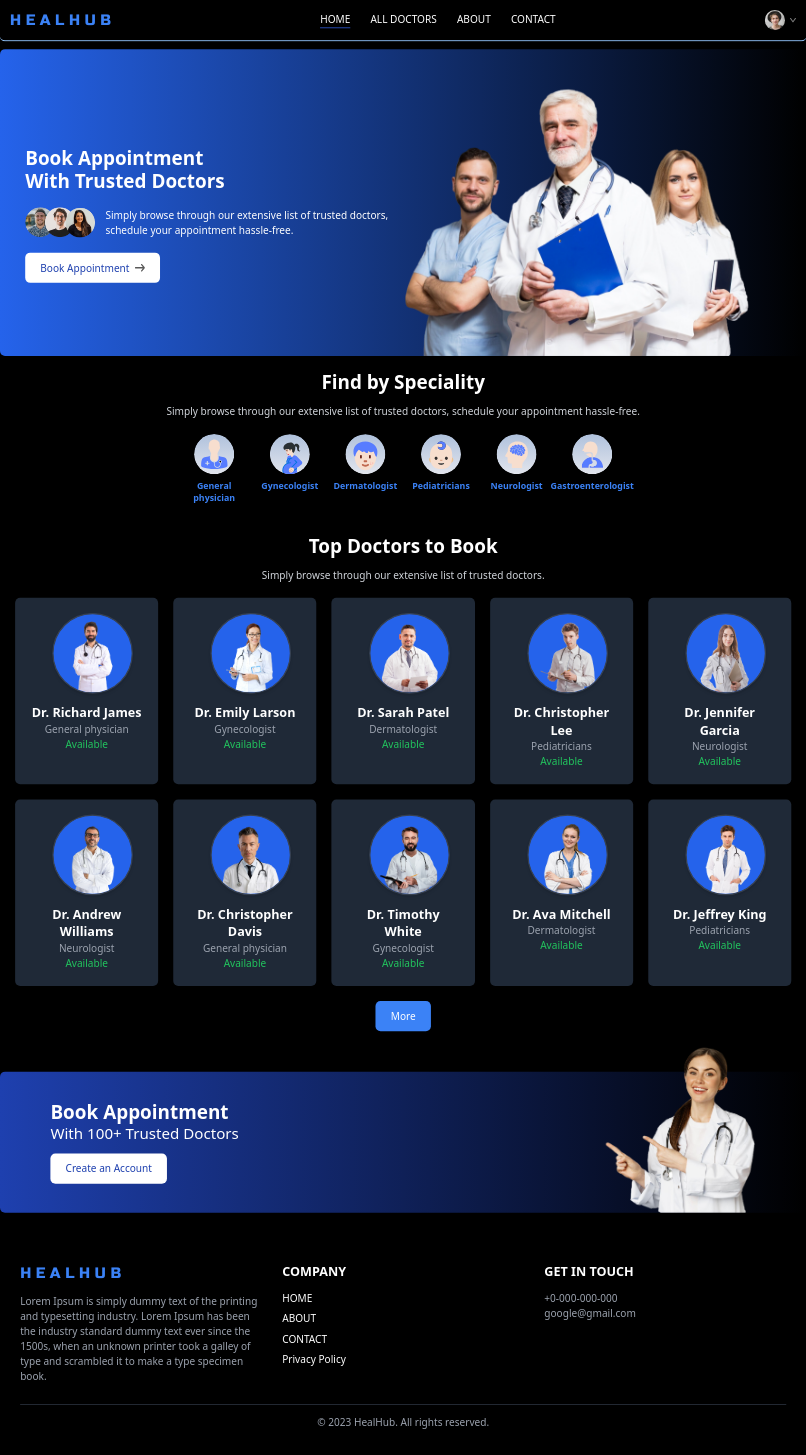
Repository: sriram1224/HEALHUB
Page: / (app in frontend/)
An editor plug-in stored every save of this project. The page is shown before and after the next save, followed by the edit.
The browser window is 1280 px wide. The pictures show the whole page, at 63% of full size.
The project was rebuilt for these pictures with package versions that can differ from the ones it lists, and the page was loaded fresh each time. Also part of the build but not shown: frontend/vite.config.js, frontend/src/pages/Doctors.jsx, frontend/src/pages/About.jsx, frontend/src/pages/MyProfile.jsx, frontend/src/pages/Contact.jsx, frontend/src/pages/MyAppointments.jsx, frontend/src/pages/Login.jsx, frontend/src/components/RelatedDoctors.jsx and 1 more.

Above is the page before, as saved 2024-11-29 03:23:55.

After the next save:
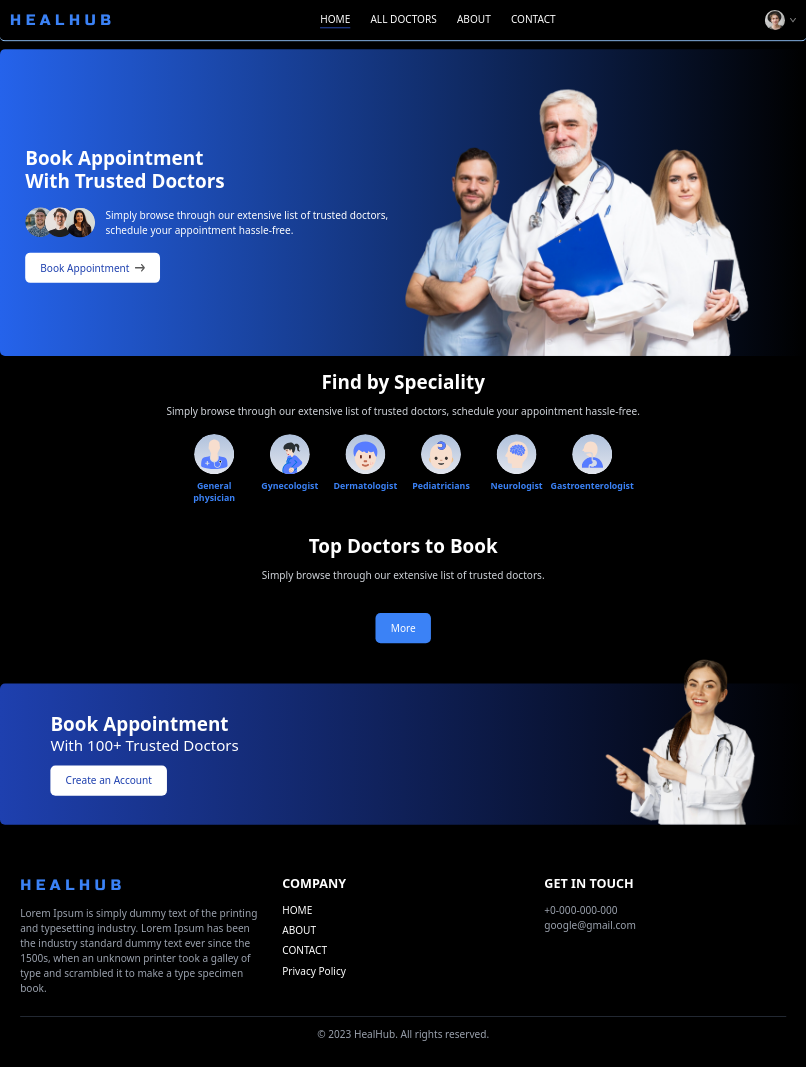
Saved 29 s later.
--- a/frontend/src/context/AppContext.jsx
+++ b/frontend/src/context/AppContext.jsx
@@ -2,11 +2,13 @@ import { createContext } from "react";
 import PropTypes from "prop-types";
 import { doctors, appointments } from "../assets/assets";
 import axios from "axios";
+import { useState } from "react";
 
 export const AppContext = createContext();
 
 const AppContextProvider = (props) => {
   const backendurl = import.meta.env.VITE_BACKEND_URL;
+  const [doctors, setDoctors] = useState([]);
   const value = {
     doctors,
     appointments,
